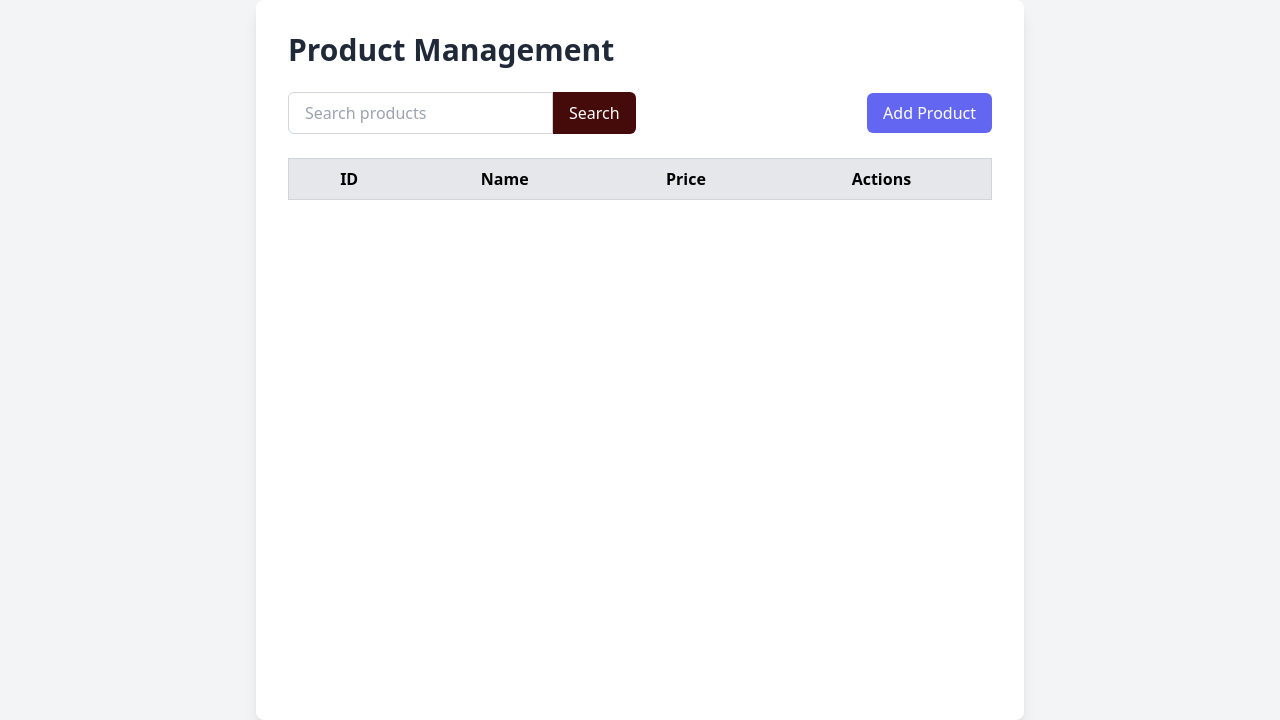
Repository: shaafsalman/product-Management-MERN
Page: /home (app in frontend/)
An editor plug-in stored every save of this project. The page is shown before and after the next save, followed by the edit.
The browser window is 1280 px wide. The pictures show the whole page.
The page's requests for data from a server got no answer. The project was rebuilt for these pictures with package versions that can differ from the ones it lists, and the page was loaded fresh each time. No one was signed in, and anything a server would have sent is missing. Also part of the build but not shown: frontend/vite.config.js, frontend/src/Cards/mesgCard.jsx, frontend/src/Pages/Login.jsx, frontend/src/Pages/SighnUp.jsx, frontend/src/Pages/NoPage.jsx, frontend/src/Pages/addproduct.jsx.

Above is the page before, as saved 2024-05-14 01:43:54.

### frontend/src/App.jsx
import React from 'react';
import { BrowserRouter as Router, Routes, Route, Navigate } from 'react-router-dom';
import Login from "./Pages/Login"
import Signup from "./Pages/SighnUp"
import NoPage from './Pages/NoPage';
import Home from './Pages/Home';

const App = () => {
  return (
    <div className="App">
      <Router>
        <div>
          <Routes>
            <Route path="/" element={<Login/>} />
            <Route path="/login" element={<Login />} />
            <Route path="/login" element={<Login />} />
            <Route path="/signup" element={<Signup />} />
            <Route path="/register" element={<Signup />} />
            <Route path="/home" element={<Home />} />
            <Route path="/*" element={<NoPage />} />
          </Routes>
        </div>
      </Router>
    </div>
  );
};


export default App;

### frontend/src/index.css
@tailwind base;
@tailwind components;
@tailwind utilities;


*
{
  margin: 0;
  padding: 0;
  box-sizing: border-box;
}

body,html
{
  background-color:silver
}

### frontend/src/Pages/Home.jsx
import React, { useState, useEffect } from 'react';
import axios from 'axios';
import AddProduct from './addproduct'; // Import the AddProduct component

const Home = () => {
  const [products, setProducts] = useState([]);
  const [searchTerm, setSearchTerm] = useState('');
  const [searchResults, setSearchResults] = useState([]);
  const [showAddProduct, setShowAddProduct] = useState(false);

  useEffect(() => {
    fetchProducts();
  }, []);

  const fetchProducts = async () => {
    try {
      const response = await axios.get('/products');
      setProducts(response.data || []);
    } catch (error) {
      console.error('Error fetching products:', error);
    }
  };

  const handleSearch = () => {
    const results = products.filter(product =>
      product.name.toLowerCase().includes(searchTerm.toLowerCase())
    );
    setSearchResults(results);
  };

  const showAdd = () => {
    setShowAddProduct(true);
  };

  const toggleAddProduct = () => {
    setShowAddProduct(!showAddProduct);
  };

  const handleAddProduct = (newProduct) => {
    setProducts([...products, newProduct]);
    setSearchResults([...searchResults, newProduct]);
  };
  return (
    <div className="flex justify-center  min-h-screen bg-gray-100">
      <div className="max-w-screen-md w-full bg-white shadow-lg rounded-lg p-8">
        <h2 className="text-3xl font-semibold text-gray-800 mb-6">Product Management</h2>
        <div className="flex items-center justify-between mb-6">
          <div className="flex">
            <input
              type="text"
              placeholder="Search products"
              value={searchTerm}
              onChange={(e) => setSearchTerm(e.target.value)}
              className="px-4 py-2 border border-gray-300 rounded-l-md focus:outline-none focus:border-indigo-500"
            />
            <button
              onClick={handleSearch}
              className="px-4 py-2 bg-red-950 text-white rounded-r-md hover:bg-red-800 focus:outline-none focus:bg-indigo-600"
            >
              Search
            </button>
          </div>
          <button
            onClick={toggleAddProduct}
            className="px-4 py-2 bg-indigo-500 text-white rounded-md hover:bg-indigo-600 focus:outline-none focus:bg-indigo-600"
          >
            Add Product
          </button>
        </div>
        <table className="w-full border-collapse border border-gray-300">
          <thead>
            <tr className="bg-gray-200">
              <th className="px-4 py-2">ID</th>
              <th className="px-4 py-2">Name</th>
              <th className="px-4 py-2">Price</th>
              <th className="px-4 py-2">Actions</th>
            </tr>
          </thead>
          <tbody>
            {searchResults.map(product => (
              <tr key={product.id}>
                <td className="px-4 py-2">{product.id}</td>
                <td className="px-4 py-2">{product.name}</td>
                <td className="px-4 py-2">{product.price}</td>
                <td className="px-4 py-2">
                  <button className="bg-blue-500 text-white px-2 py-1 rounded-md mr-2 hover:bg-blue-600 focus:outline-none focus:bg-blue-600">Update</button>
                  <button className="bg-red-500 text-white px-2 py-1 rounded-md hover:bg-red-600 focus:outline-none focus:bg-red-600">Delete</button>
                </td>
              </tr>
            ))}
          </tbody>
        </table>
      </div>
      {showAddProduct && (
        <div className="fixed top-0 left-0 w-full h-full bg-gray-900 bg-opacity-75 flex justify-center items-center">
          <div className="max-w-md w-full bg-white shadow-lg rounded-lg p-8">
          {showAddProduct && <AddProduct onClose={toggleAddProduct} onAdd={handleAddProduct} />}
          </div>
        </div>
      )}
    </div>
  );
};

export default Home;

Loaded but not shown: frontend/index.html (common file); frontend/src/main.jsx (common file); frontend/tailwind.config.js (common file)

After the next save:
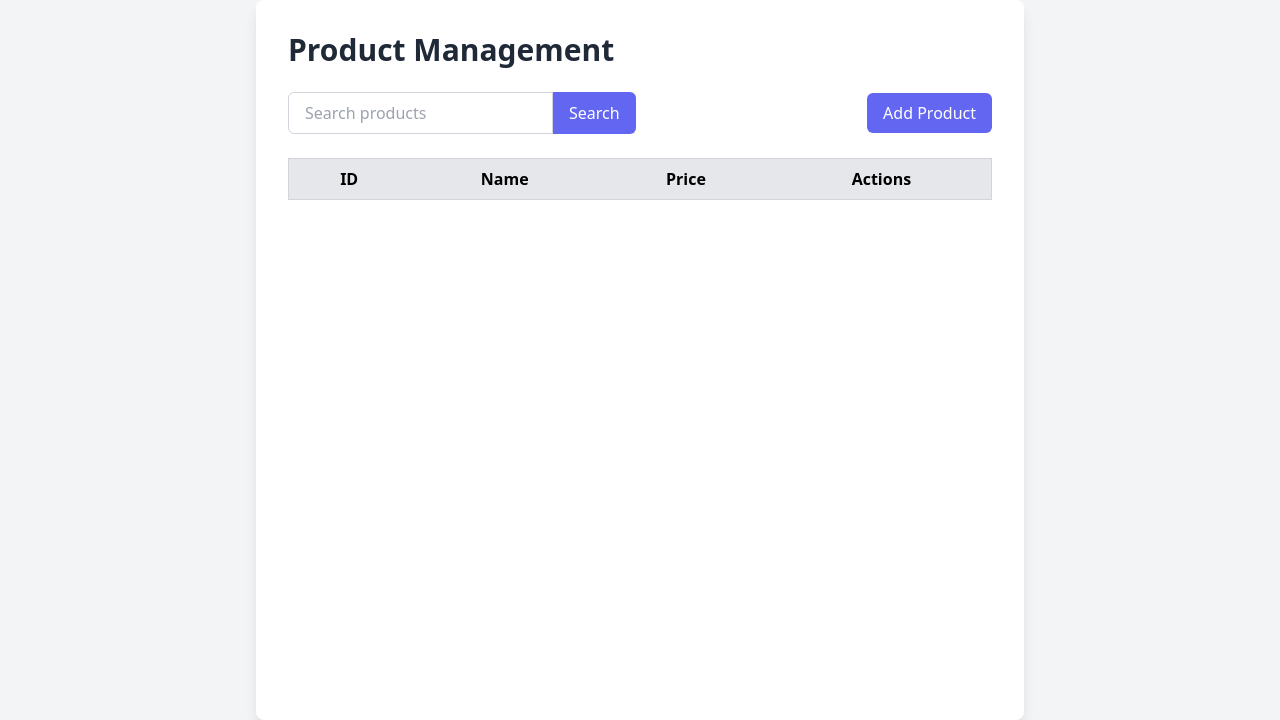
Saved 9 s later.
--- a/frontend/src/Pages/Home.jsx
+++ b/frontend/src/Pages/Home.jsx
@@ -55,7 +55,7 @@ const Home = () => {
             />
             <button
               onClick={handleSearch}
-              className="px-4 py-2 bg-red-950 text-white rounded-r-md hover:bg-red-800 focus:outline-none focus:bg-indigo-600"
+              className="px-4 py-2 bg-indigo-500 text-white rounded-r-md hover:bg-indigo-600 focus:outline-none focus:bg-indigo-600"
             >
               Search
             </button>
